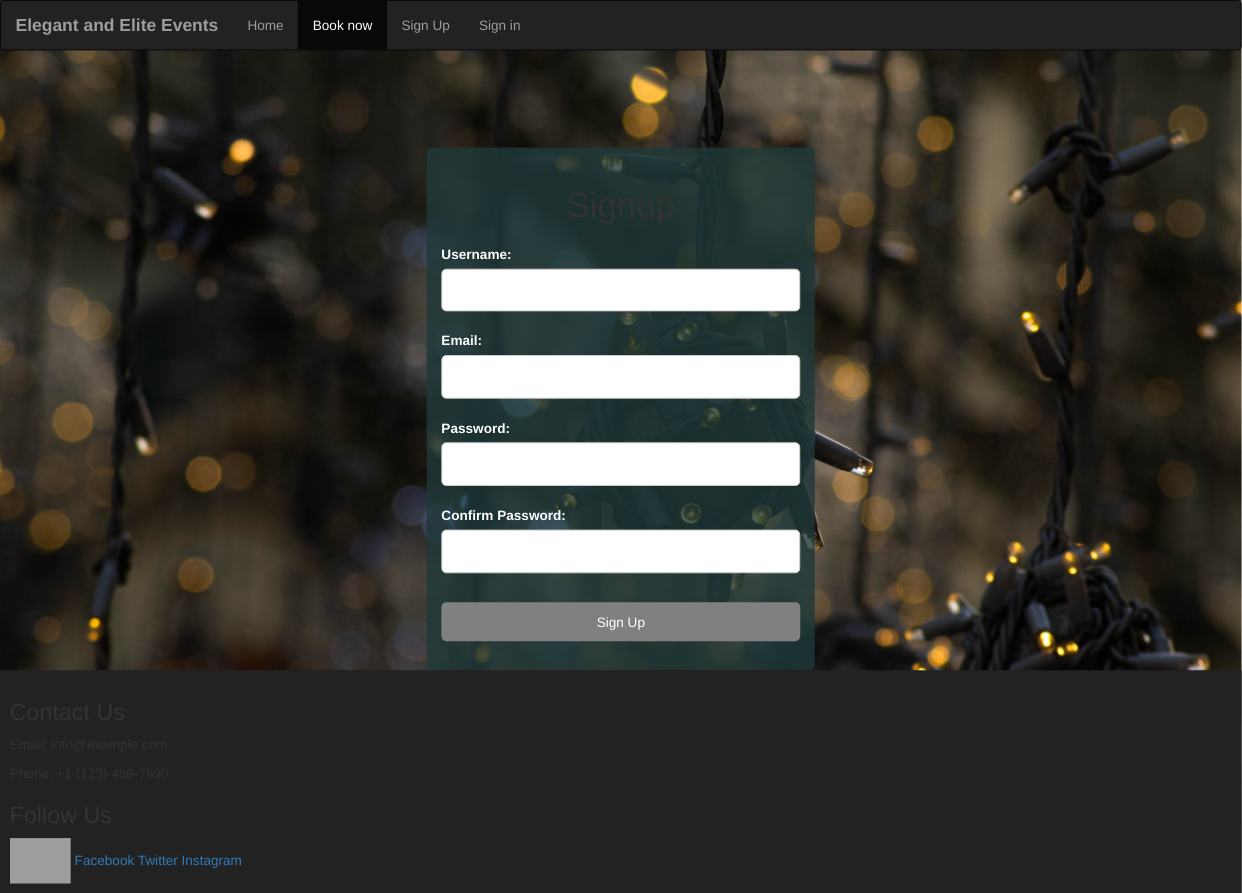
Repository: it22272690/Event-Planning-System
Page: http://localhost/PaymentDemo/Signup.jsp
The author's editor kept a copy of each file at every save. The page is drawn from the files as they stood at one save, then again after the next save.
The browser window is 1280 px wide. The pictures show the whole page, at 97% of full size.
Pictures or frames that could not be fetched are drawn as grey boxes. The page is served by Tomcat 10.

Above is the page before, as saved 2023-10-23 15:46:03.

After the next save:
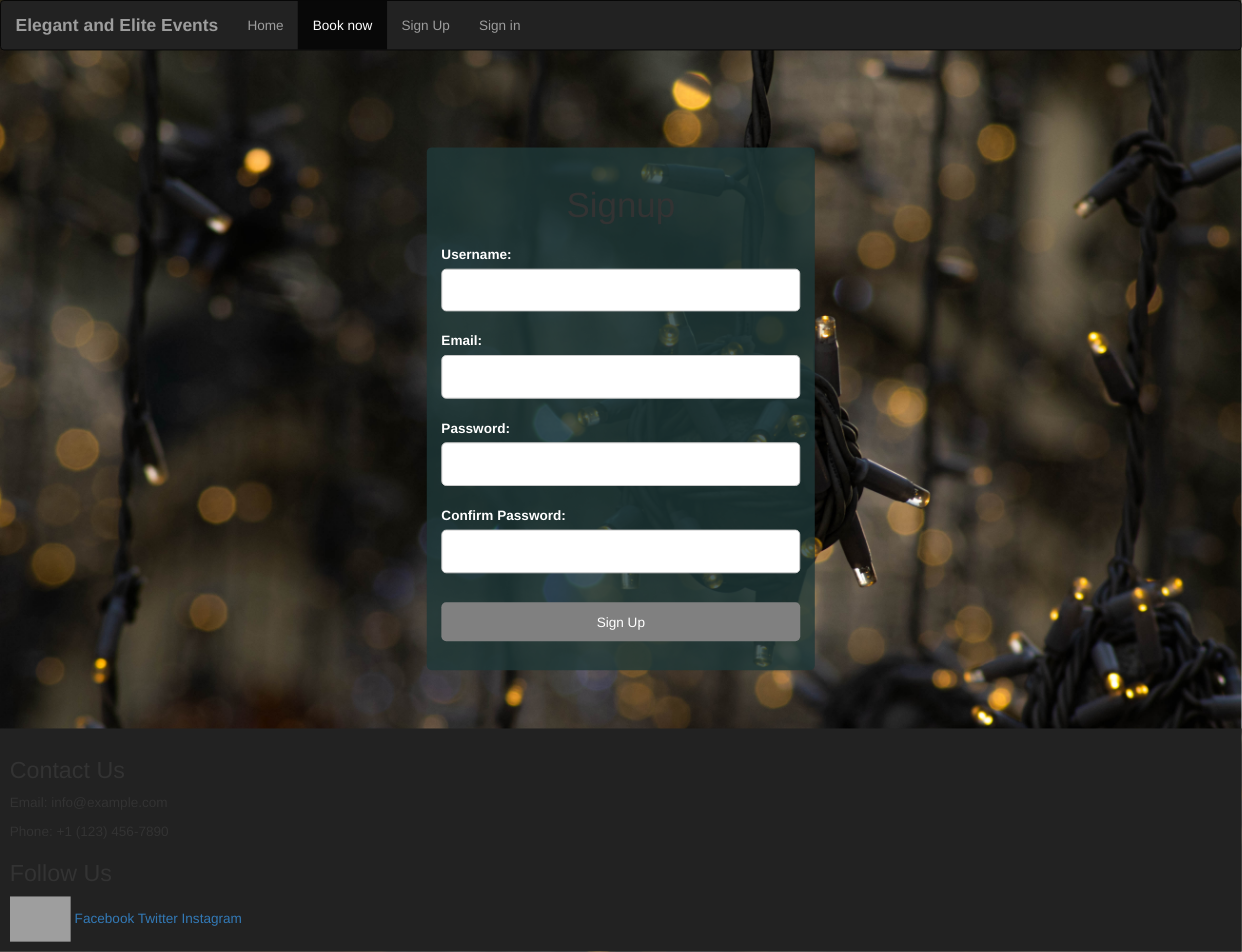
Saved 31 s later.
--- a/PaymentDemo/src/main/webapp/Signup.jsp
+++ b/PaymentDemo/src/main/webapp/Signup.jsp
@@ -75,7 +75,7 @@
         </form>
         <p id="errorText"></p>
     </div>
-    <script src="js\signup.js"></script>
+    <script src="js\signup.js"></script><br><br><br>
     <footer>
             <div class="contact">
                 <h3>Contact Us</h3>
